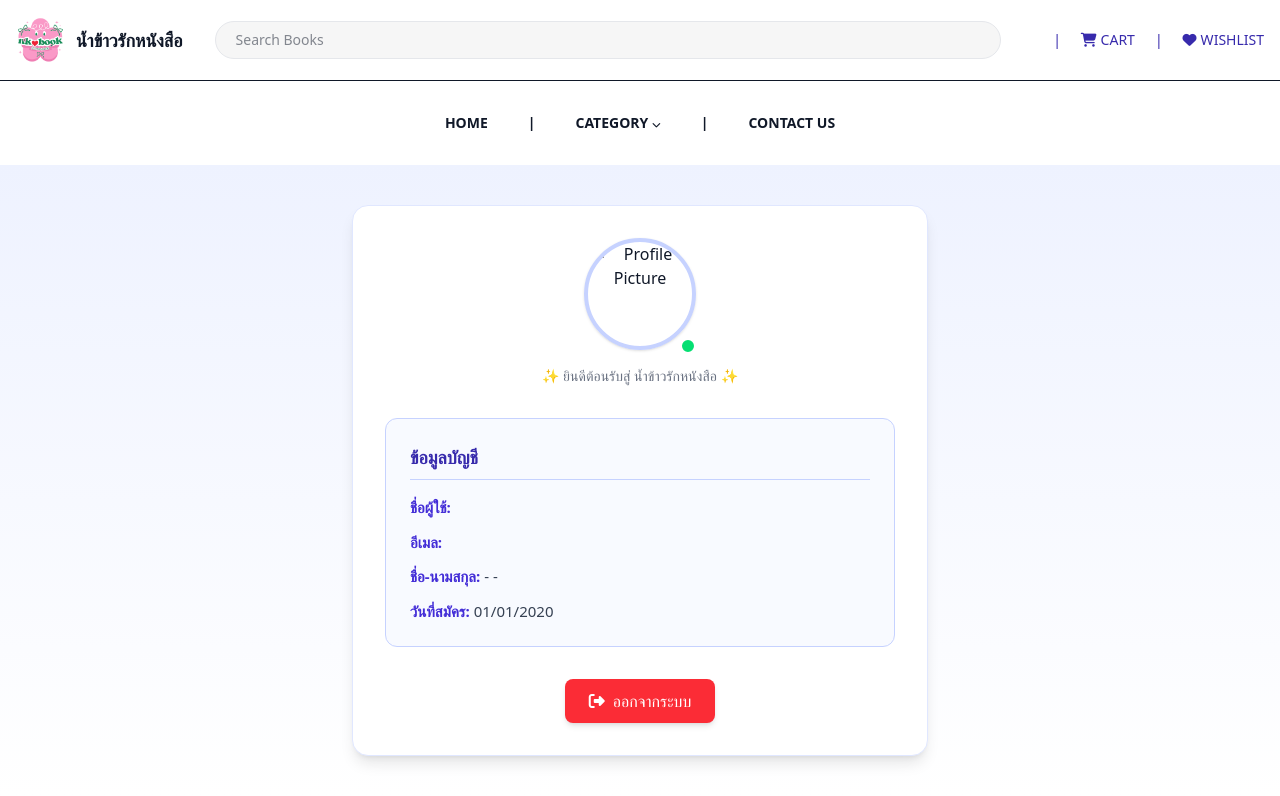
Repository: buratsakon0/NKLoveBook
Page: http://localhost/profile
The author's editor kept a copy of each file at every save. The page is drawn from the files as they stood at one save, then again after the next save.
The browser window is 1280 px wide. The pictures show the whole page.
The page is served by the project's Laravel application, run on PHP 8.4 with Laravel 12. A made-up administrator, Test User (test@example.com), is signed in. Style sheets and scripts are compiled from the project's sources, by tool versions that may differ from the author's. Queries for data that is not in the repository find no rows.

Above is the page before, as saved 2025-10-26 16:13:31.

After the next save:
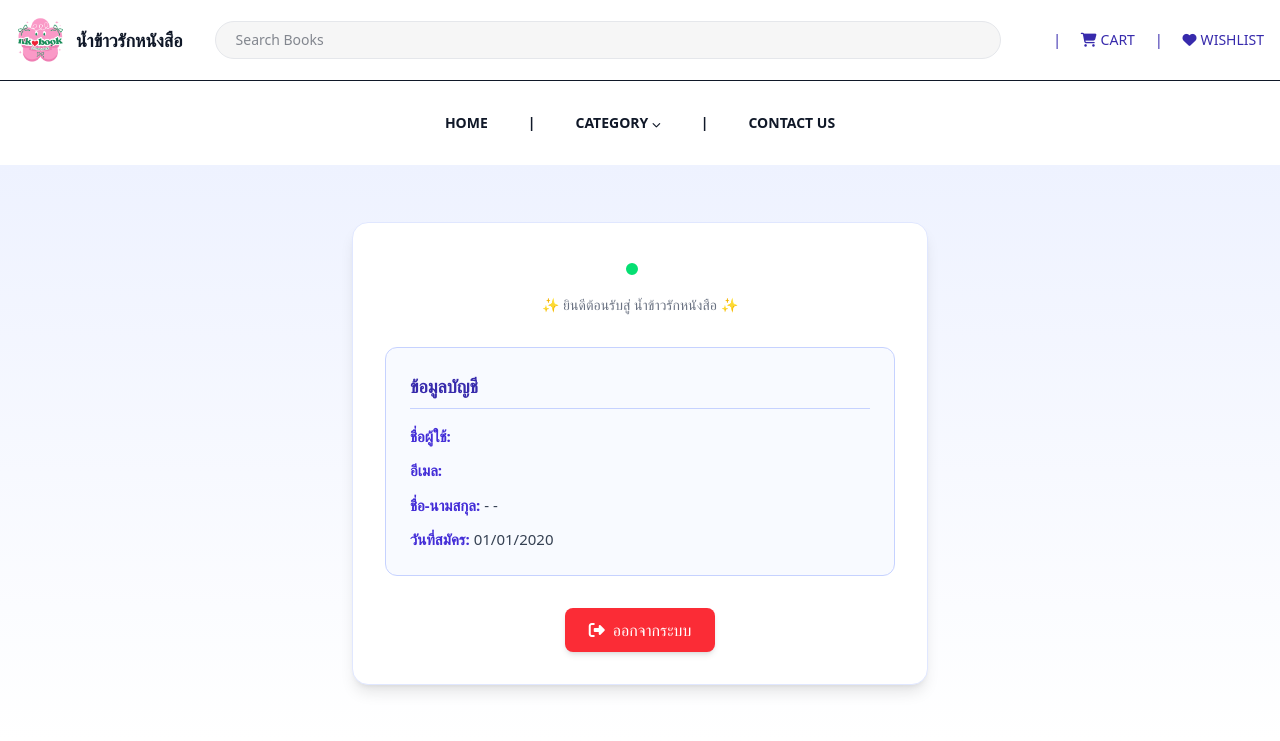
Saved 31 s later.
--- a/resources/views/profile.blade.php
+++ b/resources/views/profile.blade.php
@@ -7,10 +7,6 @@
         {{-- 🌸 ส่วนหัว --}}
         <div class="text-center mb-8">
             <div class="relative inline-block">
-                <img
-                    src="{{ asset('images/default-profile.png') }}"
-                    alt="Profile Picture"
-                    class="w-28 h-28 rounded-full border-4 border-indigo-200 shadow-sm object-cover mx-auto">
                 <span class="absolute -bottom-1 right-0 bg-green-400 w-4 h-4 rounded-full border-2 border-white"></span>
             </div>
             <h2 class="text-2xl font-bold text-indigo-700 mt-4">{{ $user->Username }}</h2>
